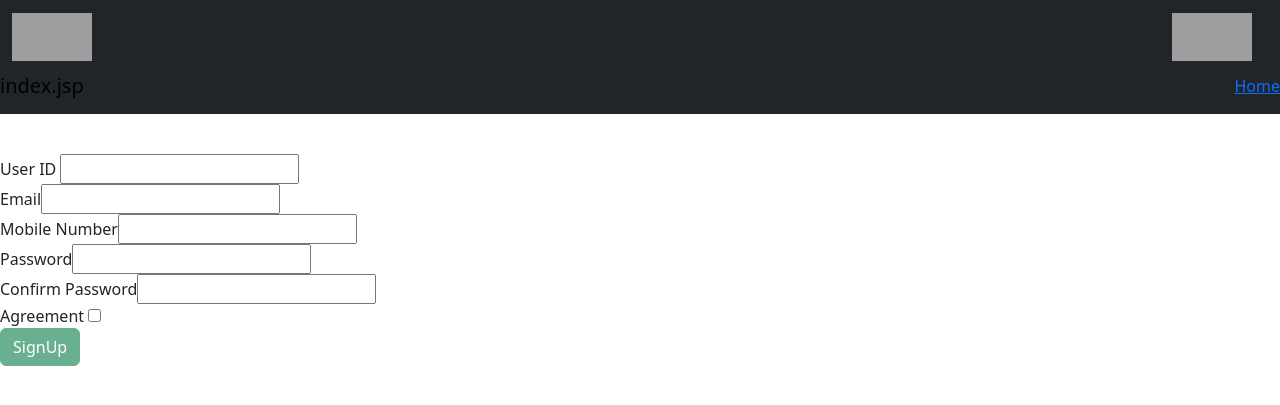
Repository: Rudreshwarhiremath/Projects-cm
Page: http://localhost/xworkz-rudra-cm/signUp.jsp
An editor plug-in stored every save of this project. The page is shown before and after the next save, followed by the edit.
The browser window is 1280 px wide. The pictures show the whole page.
Pictures or frames that could not be fetched are drawn as grey boxes. The page is served by Tomcat 9. Other server files are loaded and not shown.

Above is the page before, as saved 2023-03-28 17:50:27.

### xworkz-rudra-cm/src/main/webapp/signUp.jsp
<%@ page language="java" contentType="text/html; charset=ISO-8859-1"
	pageEncoding="ISO-8859-1"%>
<%@ taglib uri="http://java.sun.com/jsp/jstl/core" prefix="c"%>
<!DOCTYPE html>
<html>
<head>
<meta charset="ISO-8859-1">
<title>X-Workz</title>
<link
	href="https://cdn.jsdelivr.net/npm/bootstrap@5.3.0-alpha1/dist/css/bootstrap.min.css"
	rel="stylesheet"
	integrity="sha384-GLhlTQ8iRABdZLl6O3oVMWSktQOp6b7In1Zl3/Jr59b6EGGoI1aFkw7cmDA6j6gD"
	crossorigin="anonymous">
<script
	src="https://cdn.jsdelivr.net/npm/bootstrap@5.3.0-alpha1/dist/js/bootstrap.bundle.min.js"
	integrity="sha384-w76AqPfDkMBDXo30jS1Sgez6pr3x5MlQ1ZAGC+nuZB+EYdgRZgiwxhTBTkF7CXvN"
	crossorigin="anonymous"></script>
</head>
<body>
	<nav class="navbar navbar-expand-lg-navbar-Light bg-dark">
		<div class="container-fluid">
			<a class="navbar-brand" href="#"> <img
				src=" https://x-workz.in/static/media/Logo.cf195593dc1b3f921369.png"
				alt="" width="80" height="48" class="d-inline-block align text-top">
				<a class="navbar-brand" href="#"> <img
				src=" https://x-workz.in/static/media/Logo.cf195593dc1b3f921369.png"
				alt="" width="80" height="48" class="d-inline-block align text-top">
		</div>
		index.jsp
		<a href="index.jsp">Home</a>
	</nav>
	<h1 style="color: green;">${message}</h1>
	<h5 style="color: red;">${messag}<br>
	<c:forEach items="${errors}" var="e">${e.message}</c:forEach>
	</h5>
	<form action="save" method="post">
User ID	<input type="text" name="userId" id="userName"  onchange="ValideName()">
<span id="nameError" style="color: red"></span><br>


Email<input type="email" name="email" id="emailId" onchange="valideEmail()">
<span id="emailError" style="color: red"></span><br>


Mobile Number<input type="number" name="mobile" id="userMobile" onchange="ValideMobile()">
<span id="mobileError" style="color: red"></span> <br>


Password<input type="password" name="password" id="userPassword" onchange="ValidePassword()">
<span id="passwordError" style="color: red"></span> <br>

Confirm Password<input type="password" name="confirmPassword" id="userPassword" onchange="ValidePassword()">
<span id="passwordError" style="color: red"></span> <br>

Agreement <input type="checkbox" name="agreement" id="agreementConform" onclick="onconform()"> <br>
<button type="submit" class="btn btn-success" id="submitId"  disabled="true">SignUp</button>
</form>

<script>
function onconform() {
var agree=document.getElementById('agreementConform');
console.log(agree.checked);
if(agree.checked){
	document.getElementById('submitId').disabled=false;
}else{
	document.getElementById('submitId').disabled='disabled';
}

}
function ValideName() {
var	user=document.getElementById('userName');
var uservalue=user.value;
console.log(uservalue);
if(uservalue!=null && uservalue!="" && uservalue.length>3 && uservalue.length<30 )
{
	console.log('valide name');
	document.getElementById('nameError').innerHTML='';
}
else
{
	console.log('invalide name');
	document.getElementById('nameError').innerHTML='Plese enter valide name min 4 and max 30 character';
}

}
function valideEmail() {
	var	userEmail=document.getElementById('emailId');
	var userEmailvalue=userEmail.value;
	console.log(userEmailvalue);
	if(userEmailvalue!=null && userEmailvalue!="" && userEmailvalue.length>4 && userEmailvalue.length<40 )
	{
		console.log('valide email');
		document.getElementById('emailError').innerHTML='';
	}
	else
	{
		console.log('invalide email');
		document.getElementById('emailError').innerHTML='Plese enter valide email';
	}

}
function ValideMobile() {
	var	userMobile=document.getElementById('userMobile');
	var userMobilevalue=userMobile.value;
	console.log(userMobilevalue);
	if(userMobilevalue!=null && userMobilevalue!="" && userMobilevalue.length==10)
	{
		console.log('valide mobile');
		document.getElementById('mobileError').innerHTML='';
	}
	else
	{
		console.log('invalide mobile');
		document.getElementById('mobileError').innerHTML='Plese enter valide Mobile Number';
	}

}
function ValidePassword() {
	var	userPassword=document.getElementById('userPassword');
	var userPasswordvalue=userPassword.value;
	console.log(userPasswordvalue);
	if(userPasswordvalue!=null && userPasswordvalue!="" && userPasswordvalue.length>4 && userPasswordvalue.length<12)
	{
		console.log('valide password');
		document.getElementById('passwordError').innerHTML='';
	}
	else
	{
		console.log('invalide password');
		document.getElementById('passwordError').innerHTML='Plese enter valide password';
	}

}



</script>
</body>
</html>

After the next save:
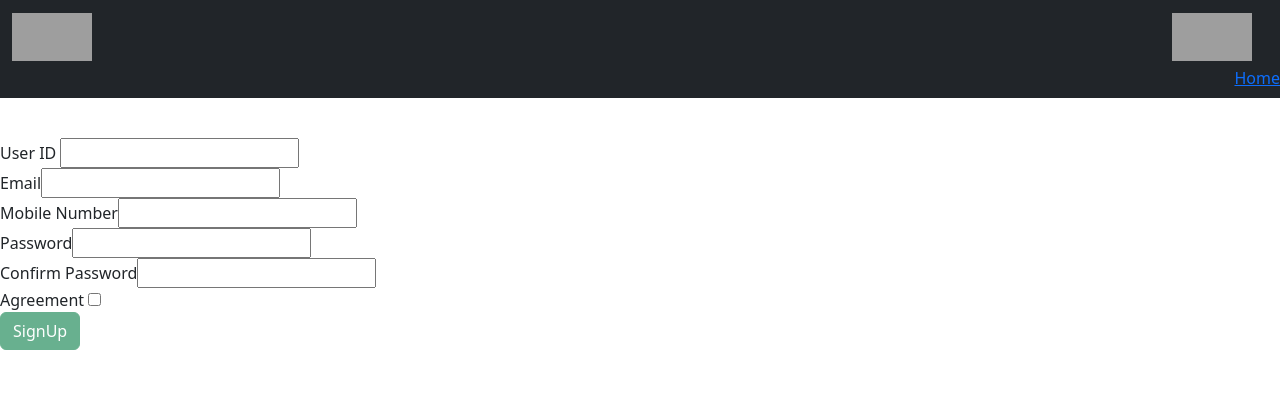
Saved 7 s later.
--- a/xworkz-rudra-cm/src/main/webapp/signUp.jsp
+++ b/xworkz-rudra-cm/src/main/webapp/signUp.jsp
@@ -26,7 +26,6 @@
 				src=" https://x-workz.in/static/media/Logo.cf195593dc1b3f921369.png"
 				alt="" width="80" height="48" class="d-inline-block align text-top">
 		</div>
-		index.jsp
 		<a href="index.jsp">Home</a>
 	</nav>
 	<h1 style="color: green;">${message}</h1>
